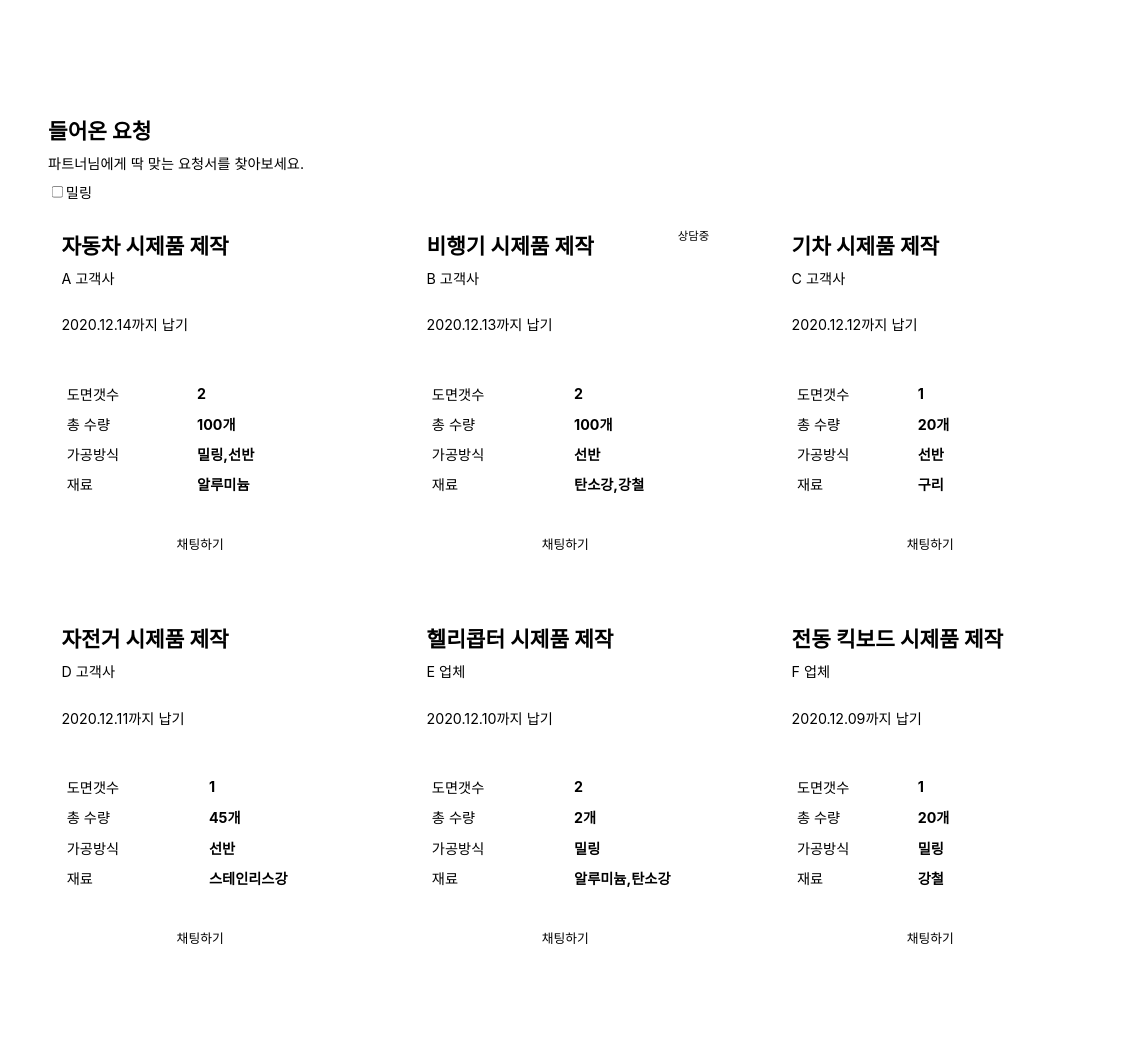
Repository: seoulsaram/capa
Page: /
These files come from the project's save history. The page is drawn as it stood at one moment and after the next save; the edit follows.
The browser window is 1280 px wide. The pictures show the whole page, at 89% of full size.
The project was rebuilt for these pictures with package versions that can differ from the ones it lists, and the page was loaded fresh each time. Requests to the local data server were answered from the project's data file. Also part of the build but not shown: src/App.css, src/components/filter/filter.module.css.

Above is the page before, as saved 2021-03-06 22:46:45.

After the next save:
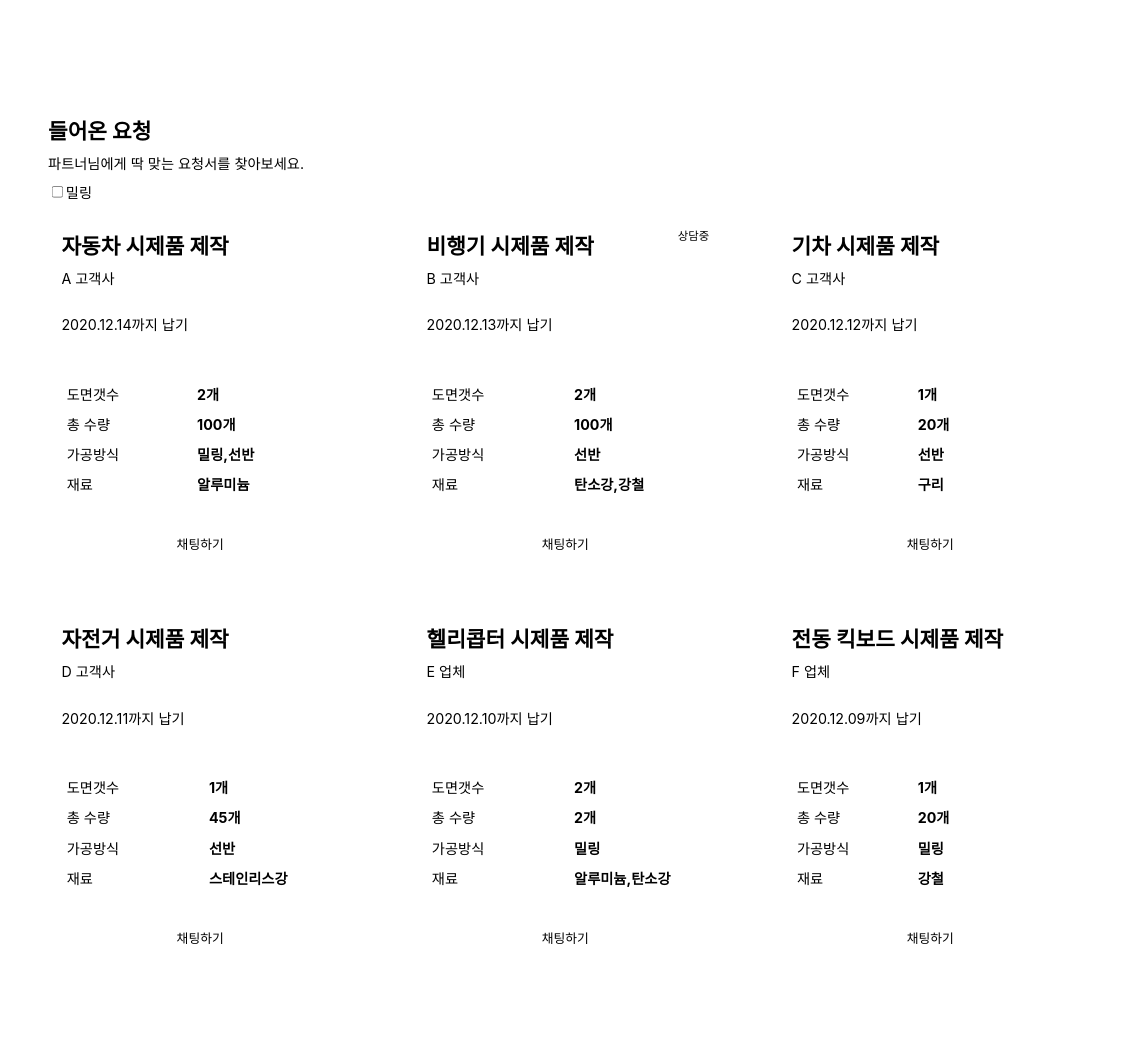
Saved 52 s later.
--- a/src/components/request_box/request_box.jsx
+++ b/src/components/request_box/request_box.jsx
@@ -18,7 +18,7 @@ const RequestBox = ({ reqInfo }) => {
         <tbody className={styles.order}>
           <tr>
             <td className={styles.orderTitle}>도면갯수</td>
-            <td className={styles.orderBold}>{reqInfo.count}</td>
+            <td className={styles.orderBold}>{reqInfo.count}개</td>
           </tr>
           <tr>
             <td className={styles.orderTitle}>총 수량</td>
